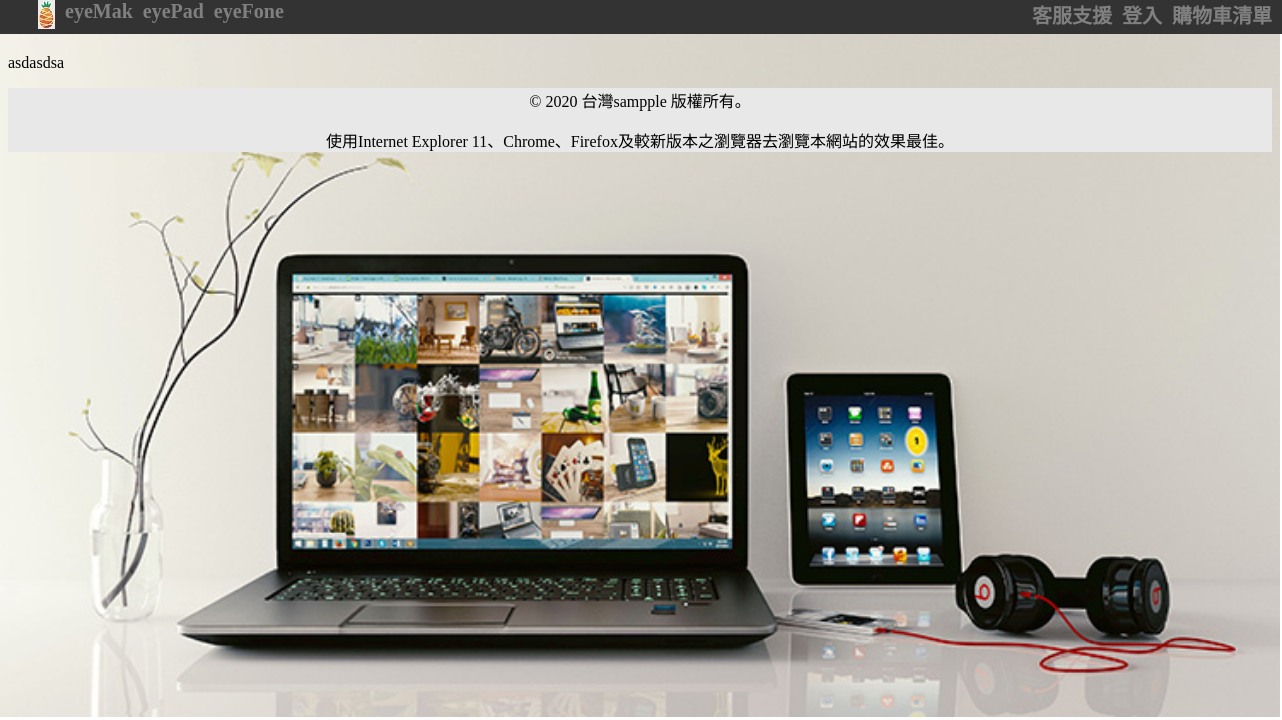
Repository: Vincent4142/NewFinalProject
Page: http://localhost/FinalProject/
These files come from the project's save history. The page is drawn as it stood at one moment and after the next save; the edit follows.
The browser window is 1280 px wide. The page is 1282 px wide, so the pictures cover 1282 px, including what lies to the right of the window. The pictures show the whole page.
The page is served by Tomcat 9. Other server files are loaded and not shown.

Above is the page before, as saved 2020-04-09 06:02:49.

### FinalProject/WebContent/index.jsp
<%@ page language="java" contentType="text/html; charset=UTF-8"
    pageEncoding="UTF-8"%>

<!DOCTYPE html>
<html>
<head>
<meta charset="UTF-8">
<title>index</title>
<style type="text/css">

	body{
		background-image: url(img/indexbackground.jpg);
		background-repeat: no-repeat;
    	background-size: cover;
	}

	#context{

	}

</style>
</head>
<body>

<%@ include file="fragment/indexTOP.jsp" %>


<div class="content">
	<div class="content-inside">
    asdasdsa
  </div>


</div>

<%@ include file="fragment/indexBOTTOM.jsp" %>
</body>
</html>

### FinalProject/WebContent/fragment/indexTOP.jsp
<%@ page language="java" contentType="text/html; charset=UTF-8"
	pageEncoding="UTF-8"%>
<!DOCTYPE html>
<html>
<head>
<meta charset="UTF-8">
<title>indexTOP</title>

<style type="text/css">
.nav {
	margin-top: -20px;
	margin-left: -10px;
	margin-right: -10px;
	background-color: black;
}
/* 主UL */
.navul {
	background: rgba(255, 255, 255, 0.2);
	list-style-type: none;
	font-weight: bolder;
	font-size: 20px;
	overflow: auto;
}

.navul li {
	border-radius: 5px;
	margin-left: 0px;
	margin-right: 10px;
	float: left;
	display: block;
	position: static;
}

.navul li a {
	text-decoration: none;
	color: gray;
}

.navul li a:hover {
	color: white;
}

#navright {
	float: right;
}
</style>

</head>
<body>

	<nav class="nav" style="text-align: center;">

		<ul class="navul">
			<li><a href="index.jsp"><img alt="logo" src="img/pineapple.jpg"></a></li>
			<li><a href="eyeMakPage.jsp">eyeMak</a></li>
			<li><a href="eyePadPage.jsp">eyePad</a></li>
			<li><a href="eyeFonePage.jsp">eyeFone</a></li>

			<div id="navright">
				<li><a href="customerServicePage.jsp">客服支援</a></li>
				<li><a href="LoginPage.jsp">登入</a></li>
				<li><a href="shoppingcartPage.jsp">購物車清單</a></li>
			</div>
		</ul>

	</nav>

</body>
</html>

### FinalProject/WebContent/fragment/indexBOTTOM.jsp
<%@ page language="java" contentType="text/html; charset=UTF-8"
    pageEncoding="UTF-8"%>
<!DOCTYPE html>
<html>
<head>
<meta charset="UTF-8">
<title>indexBOTTOM</title>

<style type="text/css">

	#bottom{
		background-color:#E8E8E8;
		text-align: center;

	}

</style>

</head>
<body>
	<div id="bottom">
		<p>© 2020 台灣sampple 版權所有。</p>

		<p>使用Internet Explorer 11、Chrome、Firefox及較新版本之瀏覽器去瀏覽本網站的效果最佳。</p>
	</div>
</body>
</html>

After the next save:
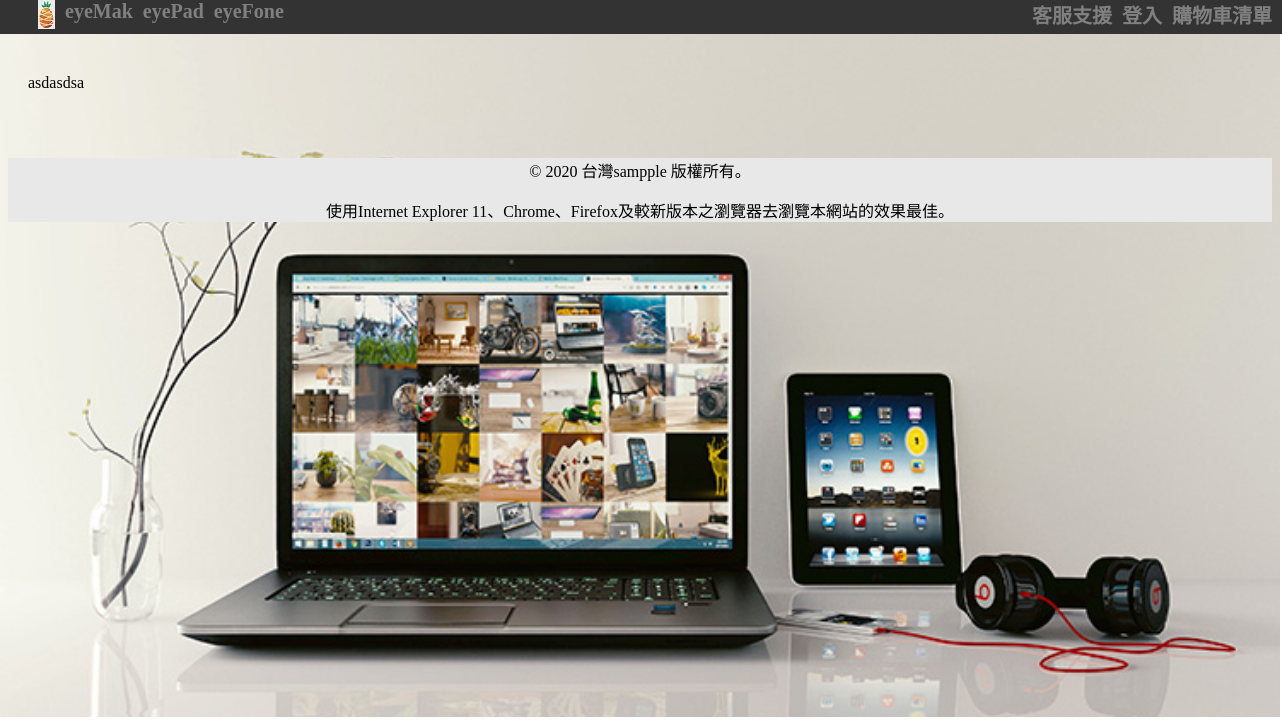
Saved 24 s later.
--- a/FinalProject/WebContent/index.jsp
+++ b/FinalProject/WebContent/index.jsp
@@ -1,5 +1,5 @@
 <%@ page language="java" contentType="text/html; charset=UTF-8"
-    pageEncoding="UTF-8"%>
+	pageEncoding="UTF-8"%>
 
 <!DOCTYPE html>
 <html>
@@ -7,32 +7,33 @@
 <meta charset="UTF-8">
 <title>index</title>
 <style type="text/css">
+body {
+	background-image: url(img/indexbackground.jpg);
+	background-repeat: no-repeat;
+	background-size: cover;
+}
 
-	body{
-		background-image: url(img/indexbackground.jpg);
-		background-repeat: no-repeat;
-    	background-size: cover;
-	}
+.content {
+	min-height: 100%;
+}
 
-	#context{
-
-	}
-
+.content-inside {
+	padding: 20px;
+	padding-bottom: 50px;
+}
 </style>
 </head>
 <body>
 
-<%@ include file="fragment/indexTOP.jsp" %>
+	<%@ include file="fragment/indexTOP.jsp"%>
 
 
-<div class="content">
-	<div class="content-inside">
-    asdasdsa
-  </div>
+	<div class="content">
+		<div class="content-inside">asdasdsa</div>
 
 
-</div>
+	</div>
 
-<%@ include file="fragment/indexBOTTOM.jsp" %>
+	<%@ include file="fragment/indexBOTTOM.jsp"%>
 </body>
 </html>
